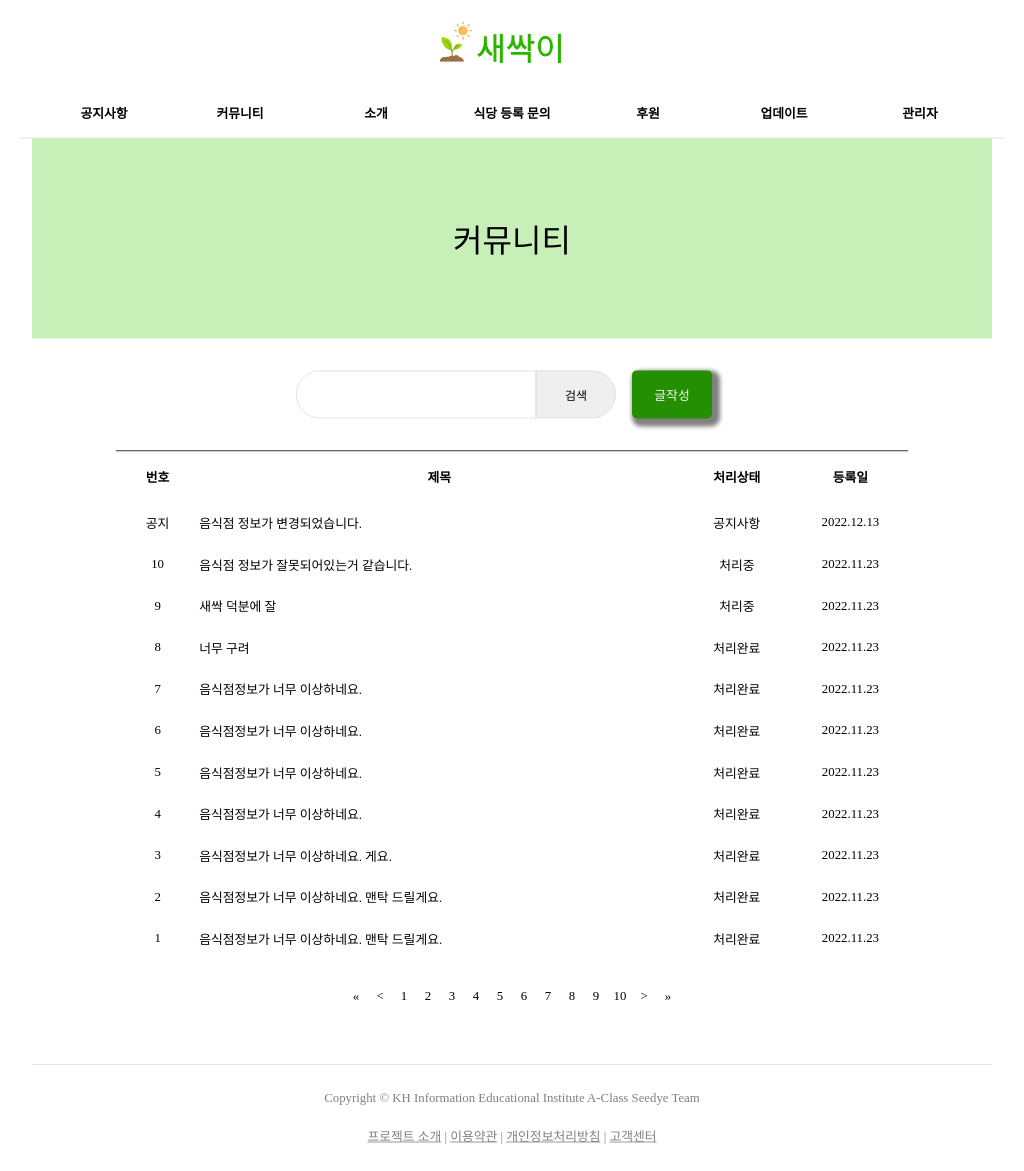
Repository: Seedye/Seedye
Page: team/src/main/webapp/html/board/board-list.html
The author's editor kept a copy of each file at every save. The page is drawn from the files as they stood at one save, then again after the next save.
The browser window is 1280 px wide. The pictures show the whole page, at 80% of full size.
The pointer rests on the first visible `.board-write-btn`.
Some web fonts or font styles are not loaded; a fallback is used.

Above is the page before, as saved 2022-12-14 16:45:58.

After the next save:
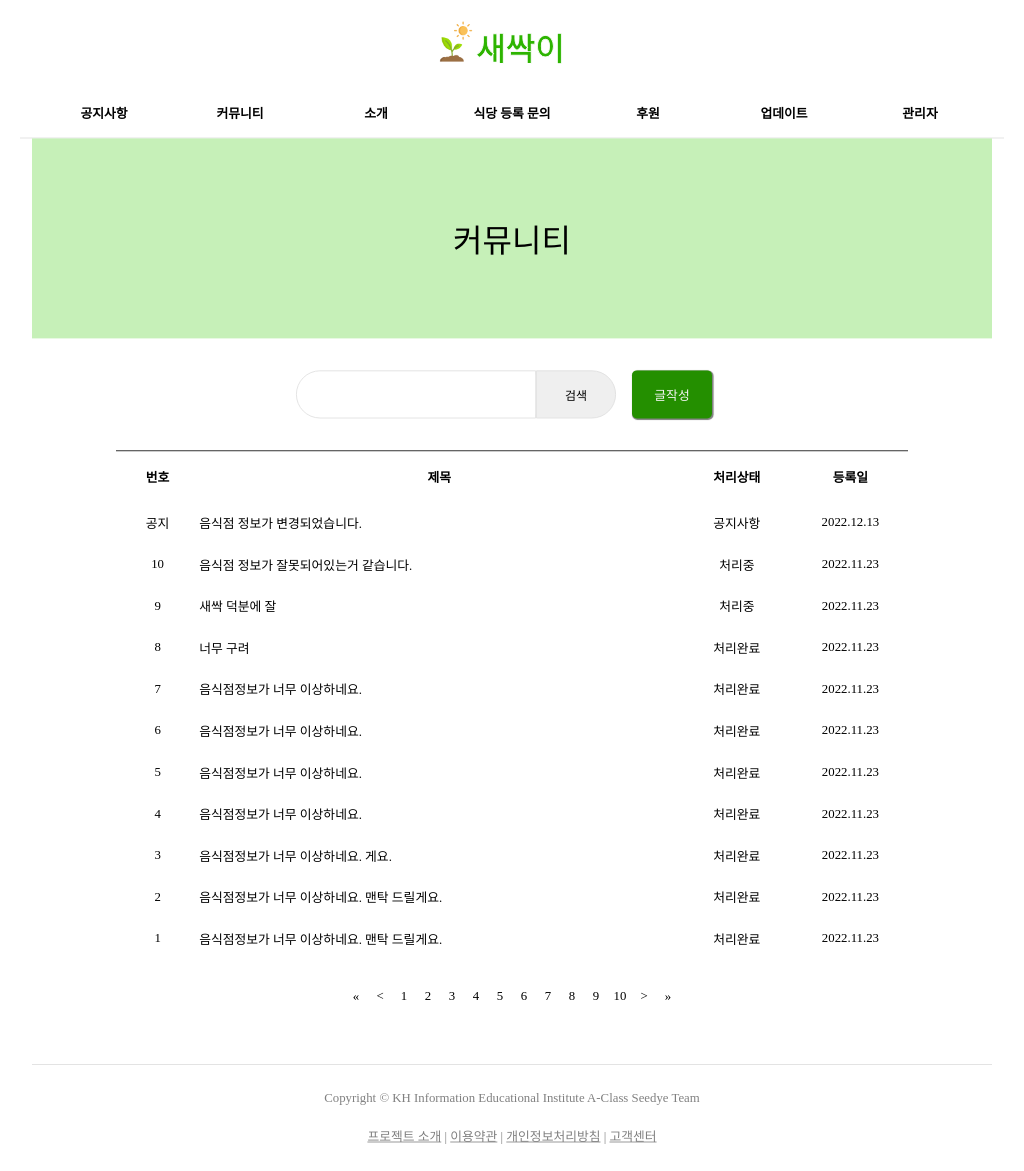
Saved 11 s later.
--- a/team/src/main/webapp/resources/css/boardList-style.css
+++ b/team/src/main/webapp/resources/css/boardList-style.css
@@ -66,7 +66,7 @@
 .board-write-btn:hover{
   transition-duration: 0.2s;
   background-color: #248f00;
-  box-shadow: 5px 5px 5px 5px gray;
+  box-shadow: 1px 1px 1px 1px gray;
   border:none;
 }
 /* 테이블 스타일 */
